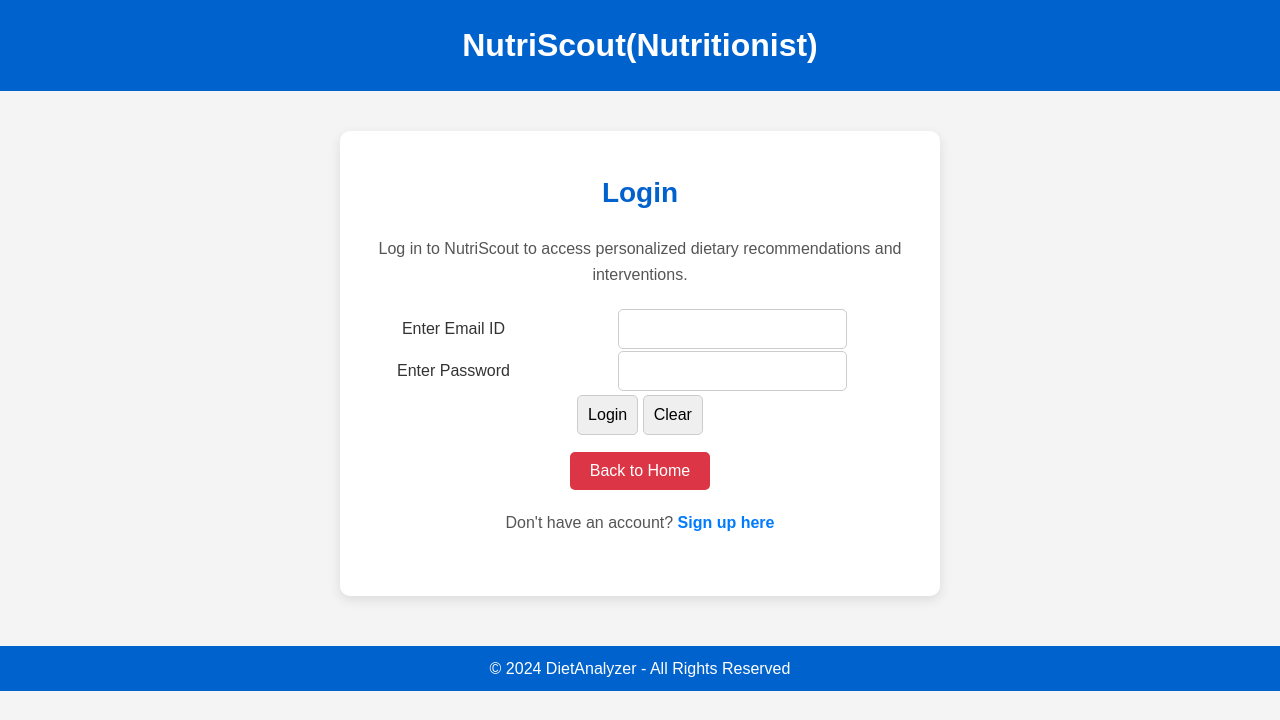
Repository: chaitanyasivathmika/NutrientDiet
Page: http://localhost/NutrientDiet/nulogin.jsp
The author's editor kept a copy of each file at every save. The page is drawn from the files as they stood at one save, then again after the next save.
The browser window is 1280 px wide. The pictures show the whole page.
The page is served by Tomcat 10.

Above is the page before, as saved 2024-11-16 16:48:20.

After the next save:
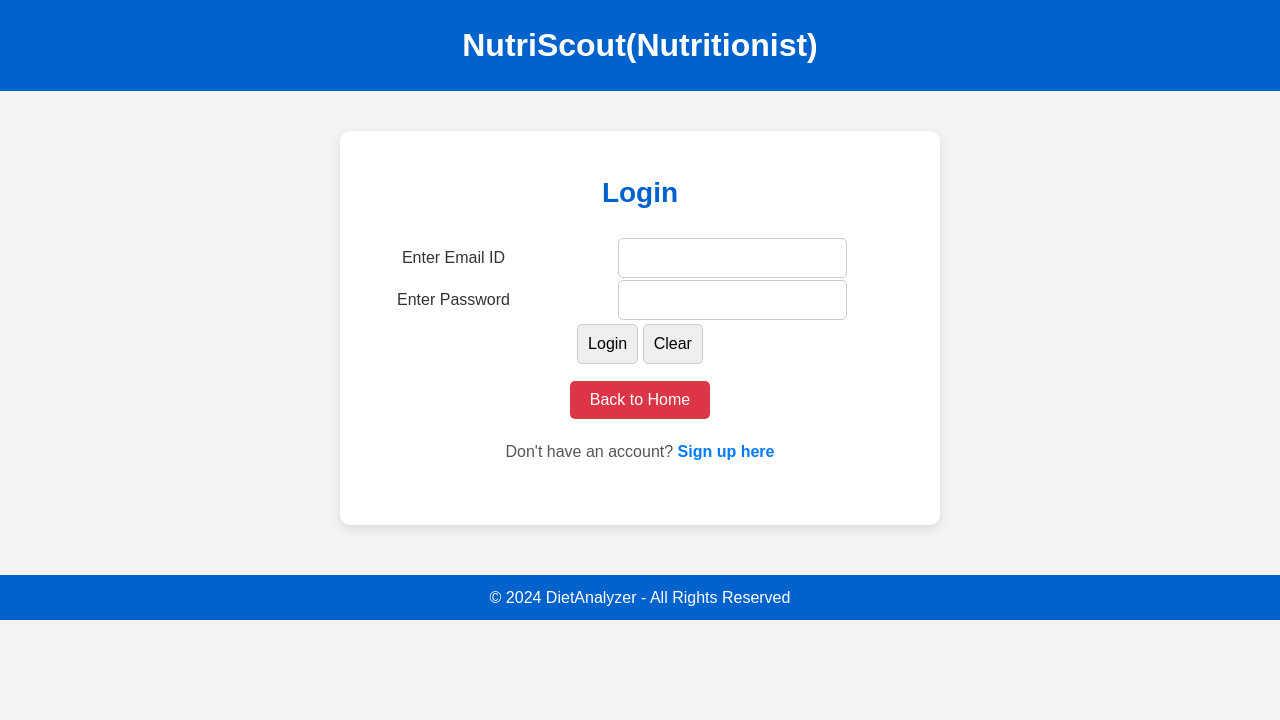
Saved 8 s later.
--- a/NutrientDiet/src/main/webapp/nulogin.jsp
+++ b/NutrientDiet/src/main/webapp/nulogin.jsp
@@ -152,7 +152,6 @@ footer {
     <main>
         <section class="login-form">
             <h2>Login</h2>
-            <p>Log in to NutriScout to access personalized dietary recommendations and interventions.</p>
 
             <form method="post" action="checkuserlogin">
             <table>
